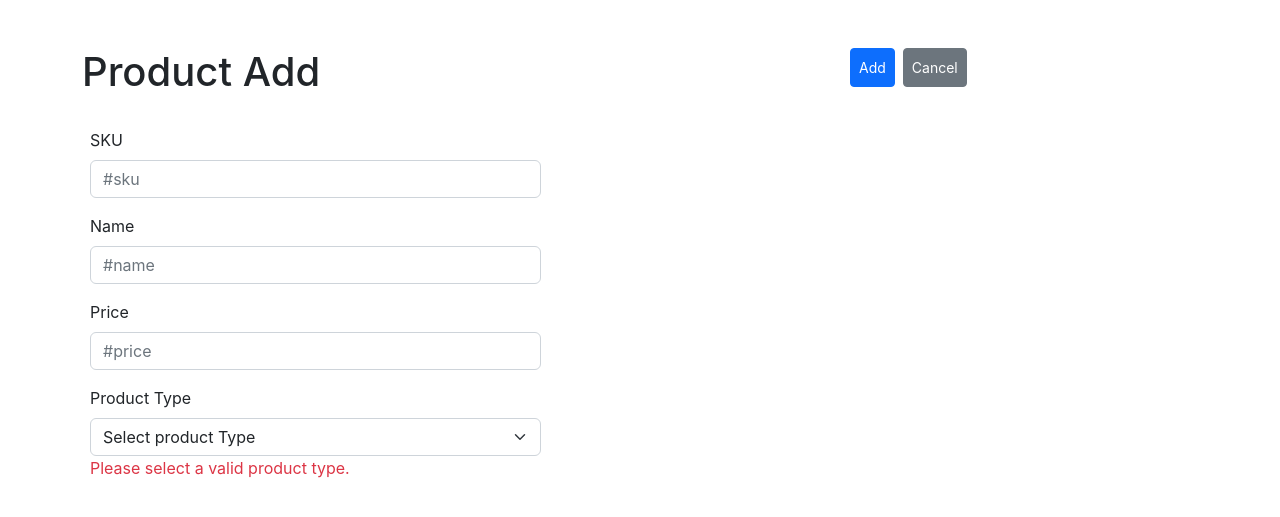
Repository: MagdyAbouelnasr/scandiweb_project
Page: /addproduct
The author's editor kept a copy of each file at every save. The page is drawn from the files as they stood at one save, then again after the next save.
The browser window is 1280 px wide. The pictures show the whole page.
The project was rebuilt for these pictures with package versions that can differ from the ones it lists, and the page was loaded fresh each time. Also part of the build but not shown: src/App.css, src/components/Product/Product-style.scss, src/components/Product/Product.css, src/components/Pages/ProductList.jsx, src/components/ProductAdd/Book.component.jsx, src/components/ProductAdd/DVD.component.jsx, src/components/ProductAdd/Furniture.component.jsx, src/App.jsx.

Above is the page before, as saved 2023-05-09 01:19:00.

After the next save:
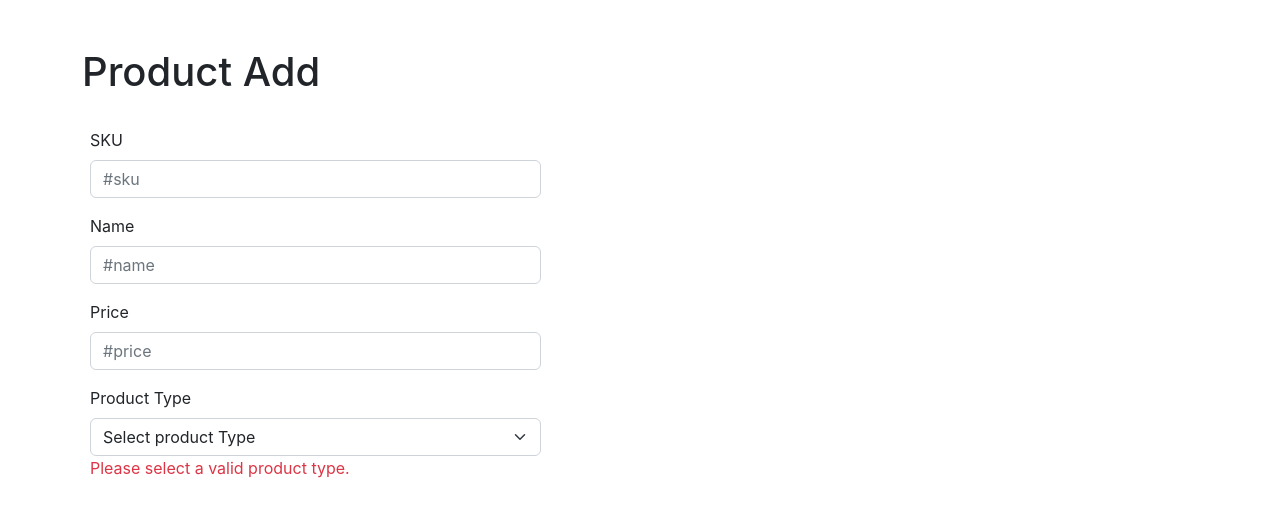
Saved 11 s later.
--- a/src/components/Pages/ProductAdd.jsx
+++ b/src/components/Pages/ProductAdd.jsx
@@ -127,7 +127,7 @@ function ProductAdd() {
       <div className="container  mt-5">
         <div className="row position-relative">
           <h1 className="page-header text-header col-md-8 text-start ">Product Add</h1>
-          <div className="col-4 float-end position-absolute end-0">
+          <div className="col-4 float-end position-absolute end-100">
             <Button type="submit" className="p-2 ms-2" variant="primary" size="sm">
               Add
             </Button>
